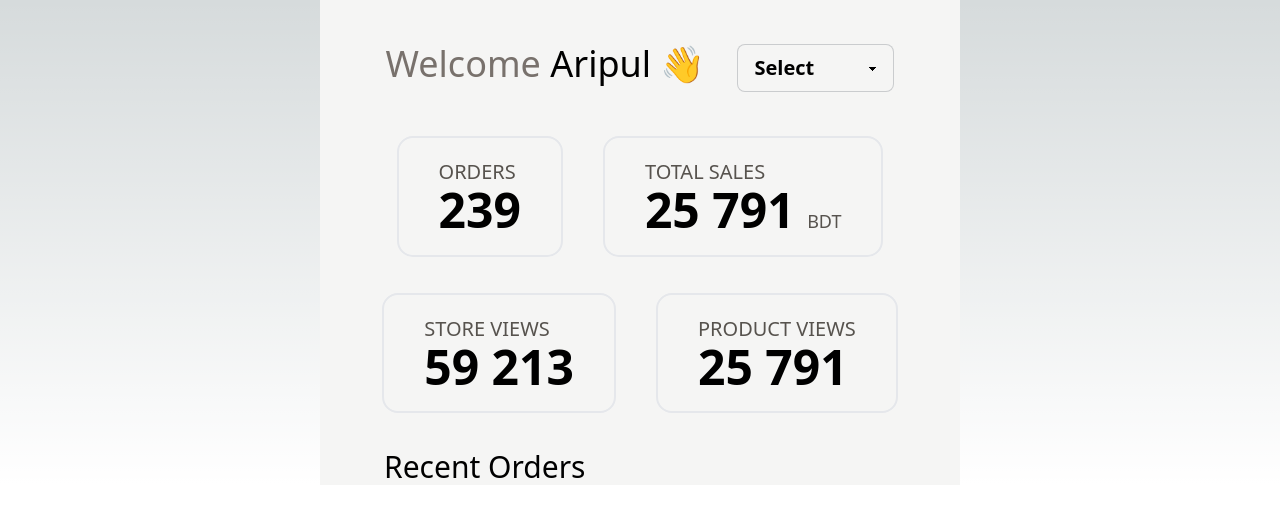
Repository: mehedi9465/nextapp
Page: /Dashboard
An editor plug-in stored every save of this project. The page is shown before and after a run of saves, followed by the edit.
The browser window is 1280 px wide. The pictures show the whole page.
The project was rebuilt for these pictures with package versions that can differ from the ones it lists, and the page was loaded fresh each time. The framework's server and built-in components were replaced by stand-ins that run in the browser. Also part of the build but not shown: next.config.js, Components/Navbar.js.

Above is the page before, as saved 2023-03-04 15:55:17.

After the next 3 saves:
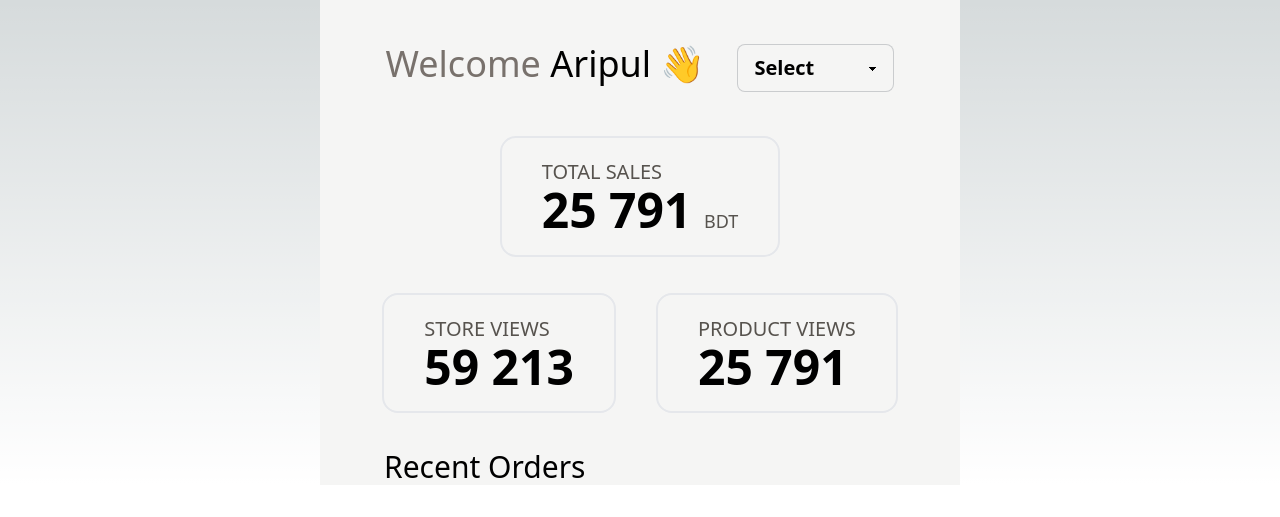
The 3 saves are shown as one change because they came seconds apart.
The last was saved 38 s later.
--- a/pages/Dashboard/index.js
+++ b/pages/Dashboard/index.js
@@ -21,12 +21,7 @@
           </select>
         </div>
         <div className="flex justify-center my-9">
-          <div className="border-2 rounded-2xl justify-start mx-5 px-10 py-5">
-            <p className="uppercase text-stone-600 font-normal text-xl">
-              Orders
-            </p>
-            <p className="text-5xl font-bold">239</p>
-          </div>
+
           <div className="border-2 rounded-2xl justify-start mx-5 px-10 py-5 text-left">
             <p className="uppercase text-stone-600 font-normal text-xl">
               Total Sales

After the save that followed:
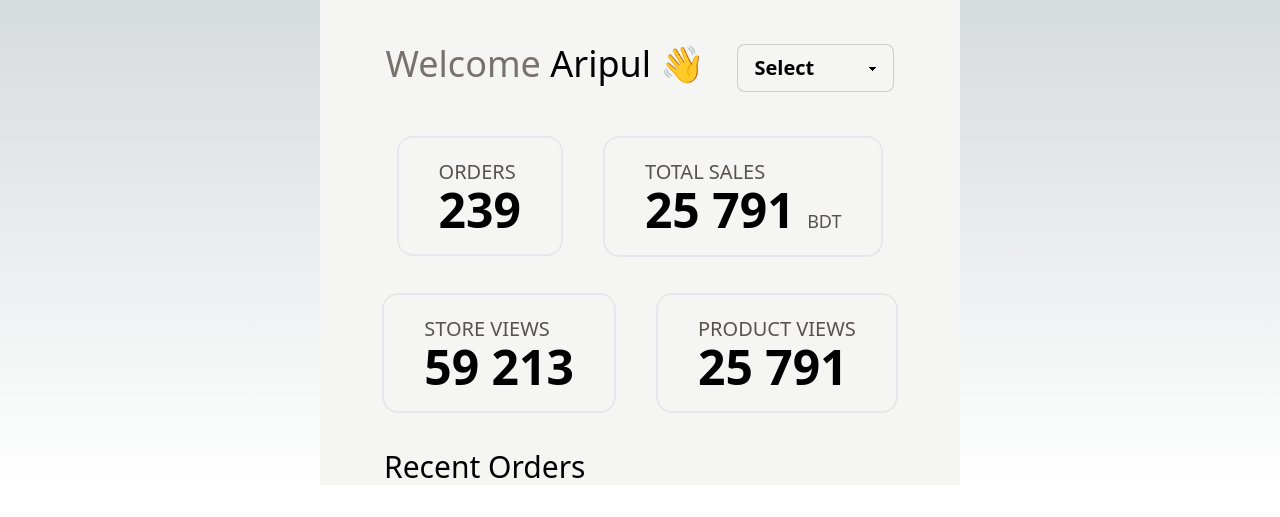
Saved 4 s later.
--- a/pages/Dashboard/index.js
+++ b/pages/Dashboard/index.js
@@ -21,7 +21,14 @@
           </select>
         </div>
         <div className="flex justify-center my-9">
-
+          <div>
+            <div className="border-2 rounded-2xl justify-start mx-5 px-10 py-5">
+              <p className="uppercase text-stone-600 font-normal text-xl">
+                Orders
+              </p>
+              <p className="text-5xl font-bold">239</p>
+            </div>
+          </div>
           <div className="border-2 rounded-2xl justify-start mx-5 px-10 py-5 text-left">
             <p className="uppercase text-stone-600 font-normal text-xl">
               Total Sales
